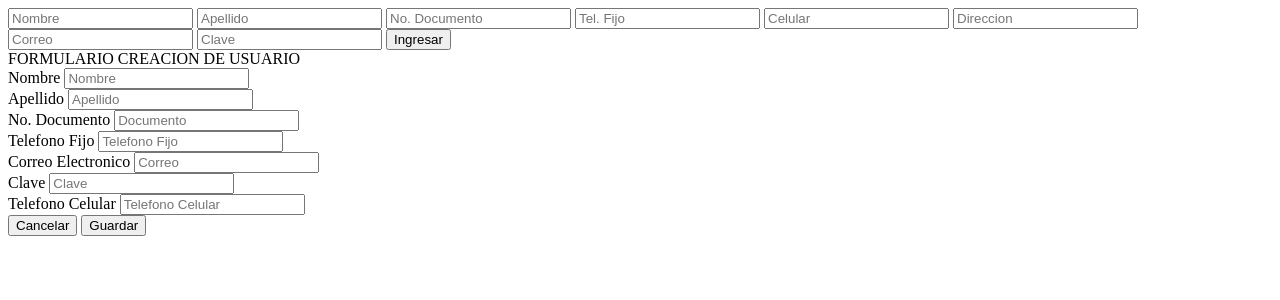
Repository: DA5CH25/kohaku_php
Page: http://localhost/kohaku_php/views/modules/ingresar.php
These files come from the project's save history. The page is drawn as it stood at one moment and after the next save; the edit follows.
The browser window is 1280 px wide. The pictures show the whole page.
The page is run by PHP 8.4 with error messages shown; the project is at /var/www/html/.

Above is the page before, as saved 2021-05-16 19:43:23.

After the next save:
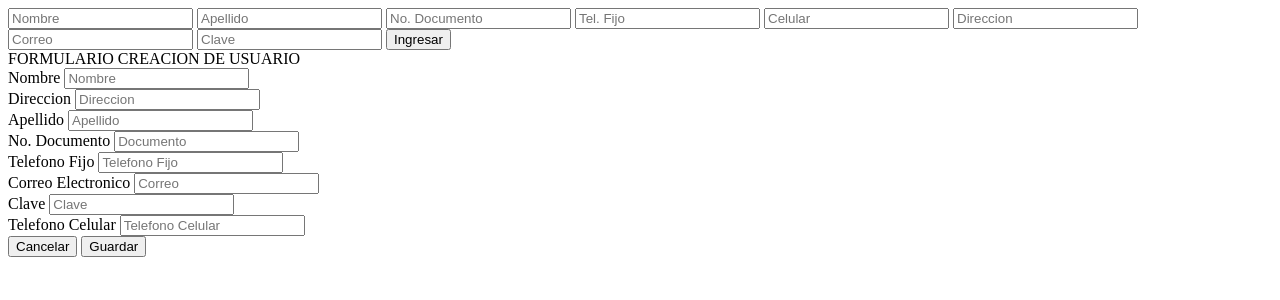
Saved 5 s later.
--- a/views/modules/ingresar.php
+++ b/views/modules/ingresar.php
@@ -30,6 +30,10 @@
 											<div class="form-group">
 												<label for="fullName">Nombre</label>
 												<input type="text" class="form-control" id="fullName" placeholder="Nombre">
+											</div>
+											<div class="form-group">
+												<label for="addRess">Direccion</label>
+												<input type="text" class="form-control" id="addRess" placeholder="Direccion">
 											</div>
 											<div class="form-group">
 												<label for="fullName">Apellido</label>
